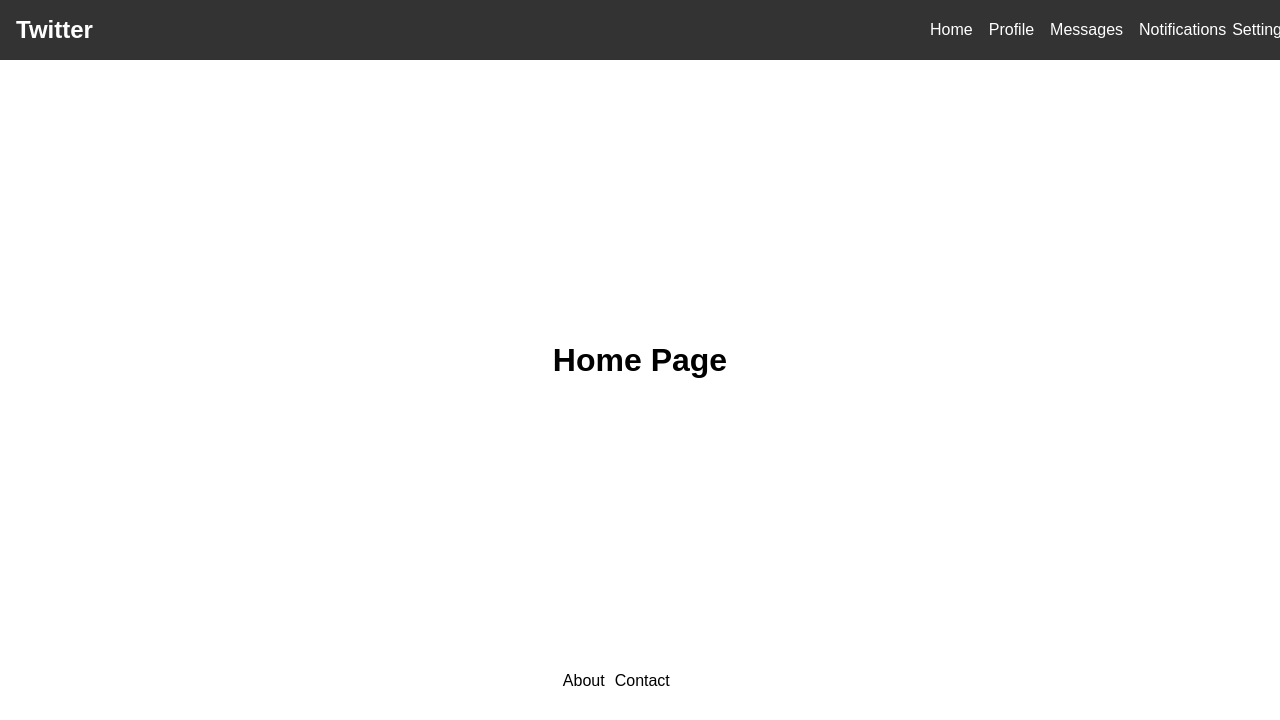
Repository: rakeshpuppala2590/Credit_karma
Page: / (app in client/)
An editor plug-in stored every save of this project. The page is shown before and after the next save, followed by the edit.
The browser window is 1280 px wide. The pictures show the whole page.
The project was rebuilt for these pictures with package versions that can differ from the ones it lists, and the page was loaded fresh each time. Also part of the build but not shown: client/src/NotFound.js.

Above is the page before, as saved 2024-06-22 16:25:22.

After the next save:
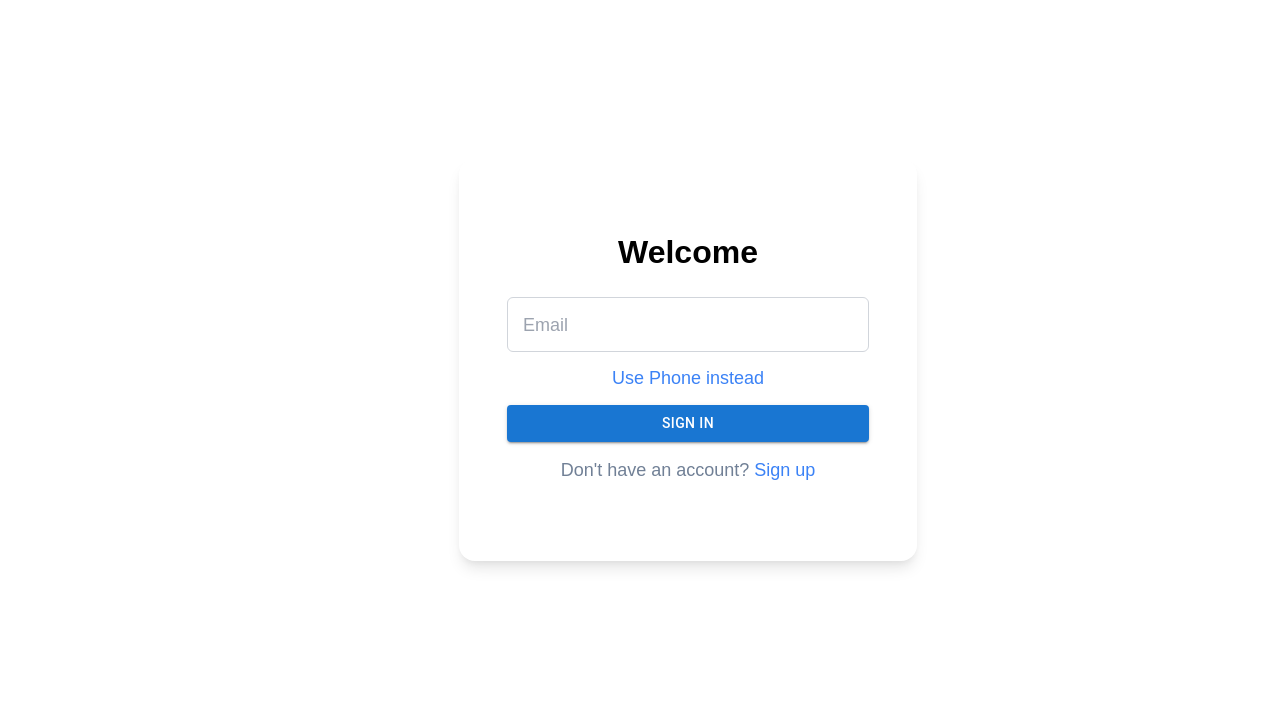
Saved 22 s later.
--- a/client/src/App.js
+++ b/client/src/App.js
@@ -11,9 +11,9 @@ function App() {
       <div className="App">
         <div className="content">
           <Routes>
-            <Route path="/Signin" element={<Signin />} />
+            <Route path="*" element={<Signin />} />
             {/* <Route path="*" element={<NotFound />} /> */}
-            <Route path="*" element={<Home />} />
+            <Route path="/home" element={<Home />} />
           </Routes>
         </div>
       </div>
